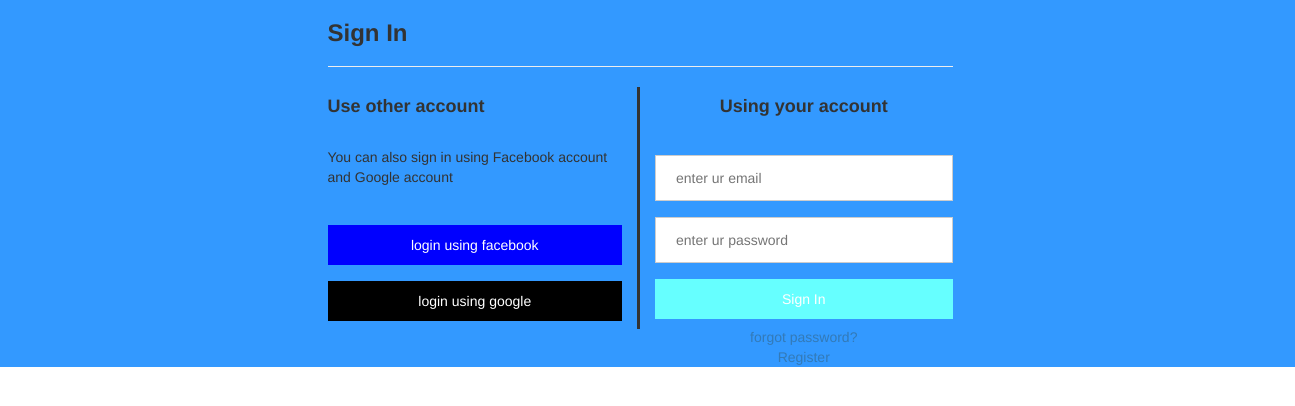
Repository: sujay-a-v/FunctionalPrograms
Page: http://localhost/CollegeApp/Signin.jsp
These files come from the project's save history. The page is drawn as it stood at one moment and after the next save; the edit follows.
The browser window is 1280 px wide. The page is 1295 px wide, so the pictures cover 1295 px, including what lies to the right of the window. The pictures show the whole page.
Some web libraries are served in a nearby version. The page is served by Tomcat 9.

Above is the page before, as saved 2017-10-29 05:40:43.
Console error: ReferenceError: $ is not defined

After the next save:
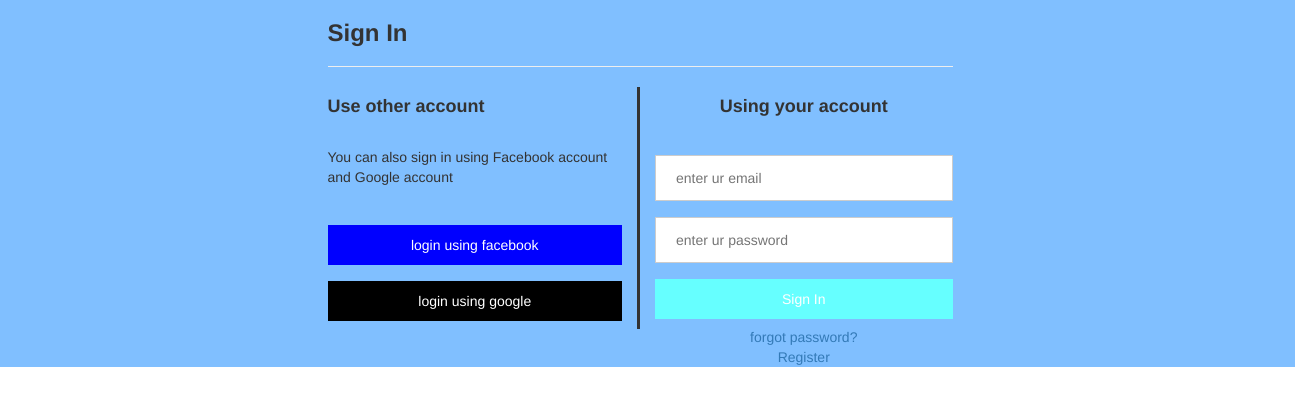
Saved 28 s later.
--- a/Sujay/Servlet/CollegeApp/WebContent/Signin.jsp
+++ b/Sujay/Servlet/CollegeApp/WebContent/Signin.jsp
@@ -43,7 +43,7 @@ if(error!=null || error!="")
 		<div align="center" >
 
 
-				<div class="row" style="background-color:  #3399ff">
+				<div class="row" style="background-color:  #80bfff">
 					<div class="col-sm-3"></div>
 					<div class="col-sm-6">
 						<h3 align="left"><b>Sign In</b></h3>
